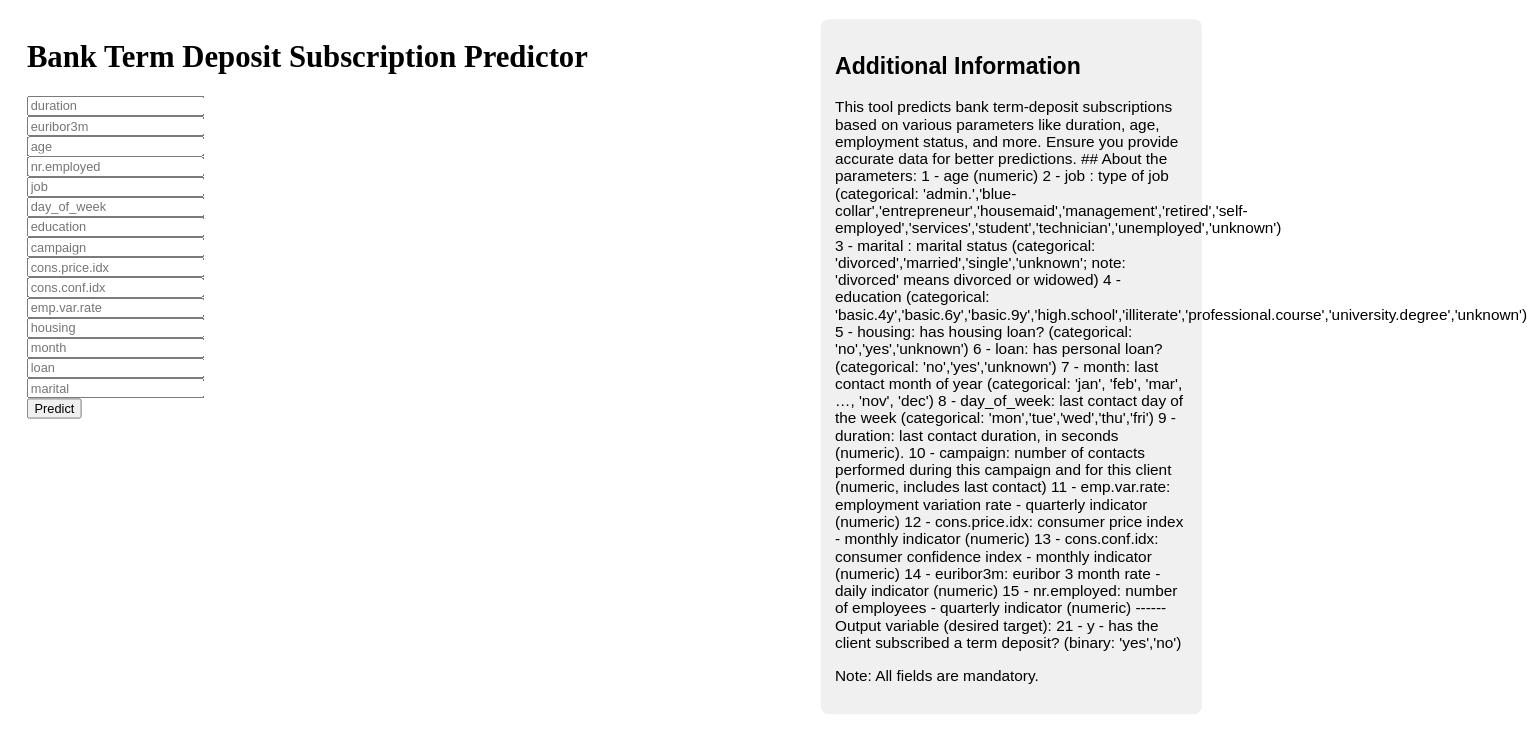
Repository: sameerhussain6/End-to-End-ML-Bank-term-Prediction
Page: templates/home.html
The author's editor kept a copy of each file at every save. The page is drawn from the files as they stood at one save, then again after the next save.
The browser window is 1280 px wide. The page is 1591 px wide, so the pictures cover 1591 px, including what lies to the right of the window. The pictures show the whole page, at 96% of full size.
Some web fonts or font styles are not loaded; a fallback is used. The template is drawn by Flask 3. The application's start-up code is not run. Other server files are loaded and not shown. The template is opened directly, without the code that normally fills it, so the values that code supplies are empty.

Above is the page before, as saved 2025-01-31 19:20:44.

### templates/home.html
<!DOCTYPE html>
<html>

<head>
  <meta charset="UTF-8">
  <title>BANK TERM-DEPOSIT Subscription</title>
  <link href='https://fonts.googleapis.com/css?family=Pacifico' rel='stylesheet' type='text/css'>
  <link href='https://fonts.googleapis.com/css?family=Arimo' rel='stylesheet' type='text/css'>
  <link href='https://fonts.googleapis.com/css?family=Hind:300' rel='stylesheet' type='text/css'>
  <link href='https://fonts.googleapis.com/css?family=Open+Sans+Condensed:300' rel='stylesheet' type='text/css'>

  <style>
    .content-container {
      display: flex;
      justify-content: space-between;
      margin: 20px;
    }
    .login {
      width: 60%;
    }
    .info-box {
      width: 30%;
      background-color: #f0f0f0;
      padding: 15px;
      border-radius: 8px;
      font-family: 'Arimo', sans-serif;
    }
  </style>
</head>

<body>
  <div class="content-container">
    <div class="login">
      <h1>Bank Term Deposit Subscription Predictor</h1>

      <form action="{{ url_for('predict')}}" method="post">
        <input type="text" name="duration" placeholder="duration" required="required" /><br>
        <input type="text" name="euribor3m" placeholder="euribor3m" required="required" /><br>
        <input type="text" name="age" placeholder="age" required="required" /><br>
        <input type="text" name="nr.employed" placeholder="nr.employed" required="required" /><br>
        <input type="text" name="job" placeholder="job" required="required" /><br>
        <input type="text" name="day_of_week" placeholder="day_of_week" required="required" /><br>
        <input type="text" name="education" placeholder="education" required="required" /><br>
        <input type="text" name="campaign" placeholder="campaign" required="required" /><br>
        <input type="text" name="cons.price.idx" placeholder="cons.price.idx" required="required" /><br>
        <input type="text" name="cons.conf.idx" placeholder="cons.conf.idx" required="required" /><br>
        <input type="text" name="emp.var.rate" placeholder="emp.var.rate" required="required" /><br>
        <input type="text" name="housing" placeholder="housing" required="required" /><br>
        <input type="text" name="month" placeholder="month" required="required" /><br>
        <input type="text" name="loan" placeholder="loan" required="required" /><br>
        <input type="text" name="marital" placeholder="marital" required="required" /><br>
        <button type="submit" class="btn btn-primary btn-block btn-large">Predict</button>

    </form>
    </div>
    {{prediction_text}}

    <div class="info-box">
      <h2>Additional Information</h2>
      <p>This tool predicts bank term-deposit subscriptions based on various parameters like duration, age, employment status,
        and more. Ensure you provide accurate data for better predictions.
        ## About the parameters:
        1 - age (numeric)
        2 - job : type of job (categorical: 'admin.','blue-collar','entrepreneur','housemaid','management','retired','self-employed','services','student','technician','unemployed','unknown')
        3 - marital : marital status (categorical: 'divorced','married','single','unknown'; note: 'divorced' means divorced or widowed)
        4 - education (categorical: 'basic.4y','basic.6y','basic.9y','high.school','illiterate','professional.course','university.degree','unknown')
        5 - housing: has housing loan? (categorical: 'no','yes','unknown')
        6 - loan: has personal loan? (categorical: 'no','yes','unknown')
        7 - month: last contact month of year (categorical: 'jan', 'feb', 'mar', …, 'nov', 'dec')
        8 - day_of_week: last contact day of the week (categorical: 'mon','tue','wed','thu','fri')
        9 - duration: last contact duration, in seconds (numeric).
        10 - campaign: number of contacts performed during this campaign and for this client (numeric, includes last contact)
        11 - emp.var.rate: employment variation rate - quarterly indicator (numeric)
        12 - cons.price.idx: consumer price index - monthly indicator (numeric)
        13 - cons.conf.idx: consumer confidence index - monthly indicator (numeric)
        14 - euribor3m: euribor 3 month rate - daily indicator (numeric)
        15 - nr.employed: number of employees - quarterly indicator (numeric)
        ------
        Output variable (desired target):
        21 - y - has the client subscribed a term deposit? (binary: 'yes','no')
        </p>
      <p>Note: All fields are mandatory.</p>
    </div>
  </div>
</body>

</html>

After the next save:
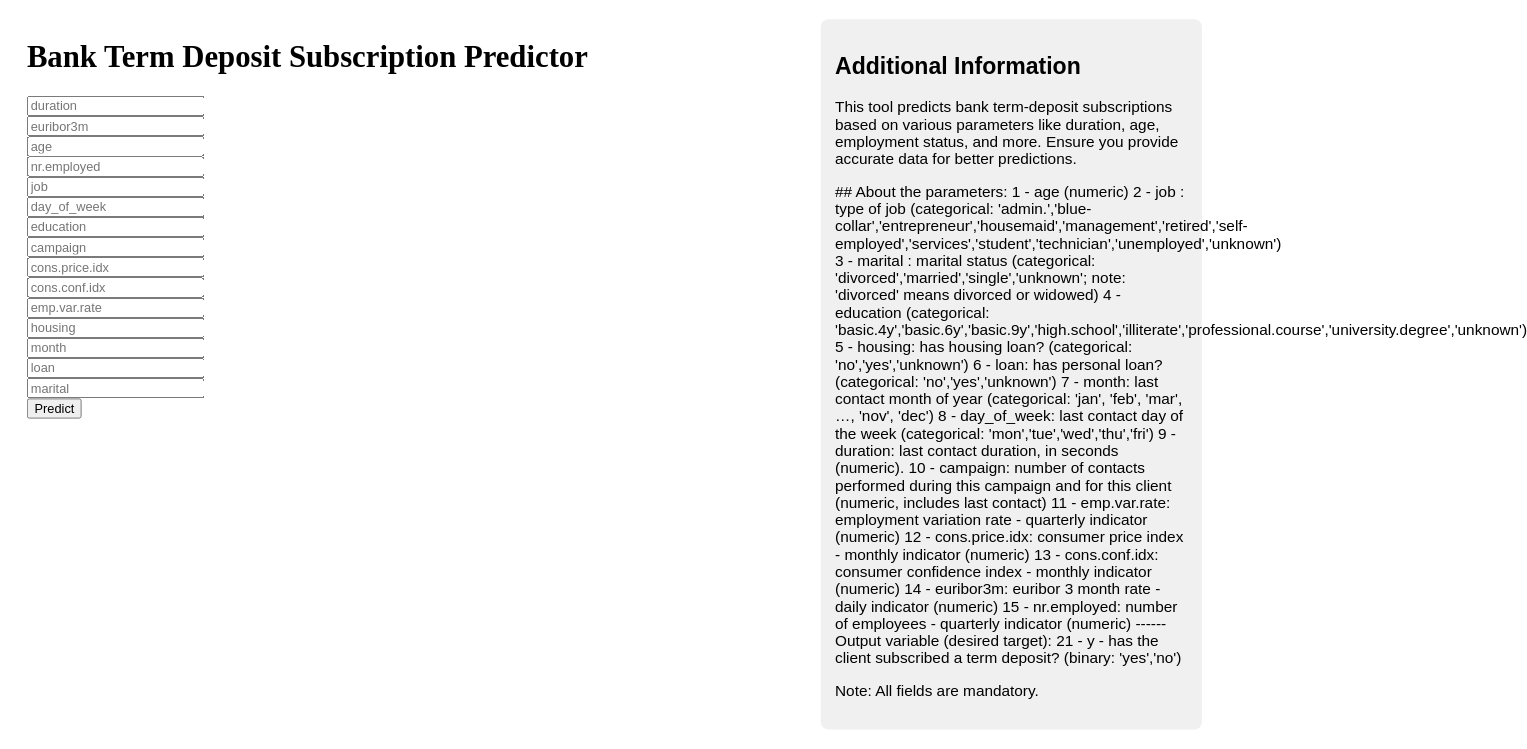
Saved 111 s later.
--- a/templates/home.html
+++ b/templates/home.html
@@ -58,8 +58,8 @@
     <div class="info-box">
       <h2>Additional Information</h2>
       <p>This tool predicts bank term-deposit subscriptions based on various parameters like duration, age, employment status,
-        and more. Ensure you provide accurate data for better predictions.
-        ## About the parameters:
+        and more. Ensure you provide accurate data for better predictions.</p>
+      </p>## About the parameters:
         1 - age (numeric)
         2 - job : type of job (categorical: 'admin.','blue-collar','entrepreneur','housemaid','management','retired','self-employed','services','student','technician','unemployed','unknown')
         3 - marital : marital status (categorical: 'divorced','married','single','unknown'; note: 'divorced' means divorced or widowed)
